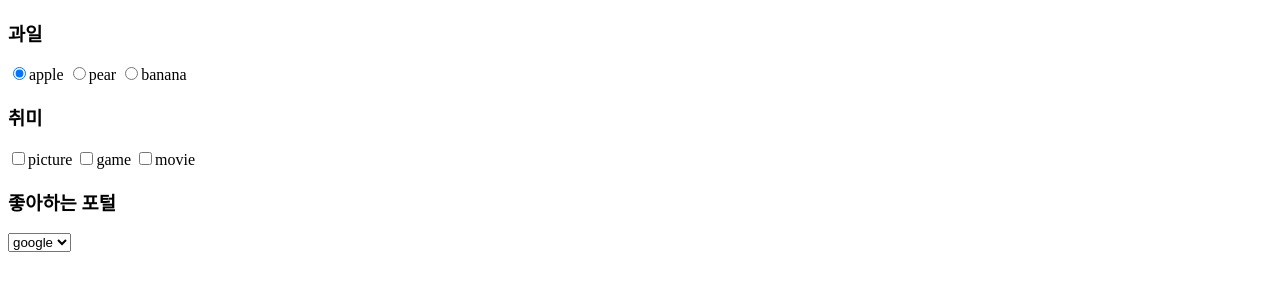
Repository: suhong99/servletLecture
Page: sample04/src/main/webapp/index.html
An editor plug-in stored every save of this project. The page is shown before and after the next save, followed by the edit.
The browser window is 1280 px wide. The pictures show the whole page.

Above is the page before, as saved 2023-06-27 04:32:31.

After the next save:
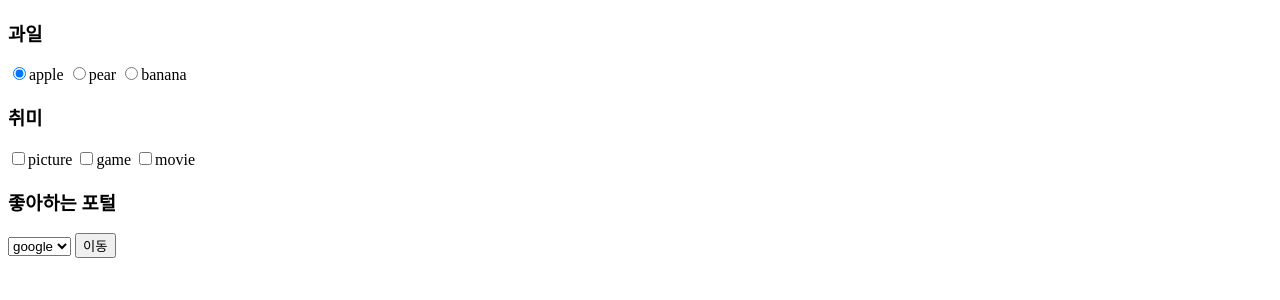
Saved 28 s later.
--- a/sample04/src/main/webapp/index.html
+++ b/sample04/src/main/webapp/index.html
@@ -26,6 +26,7 @@
 	<option value="줌">zum</option>
 
 </select>
+<input type="submit" value="이동">
 </form>
 </body>
 </html>
